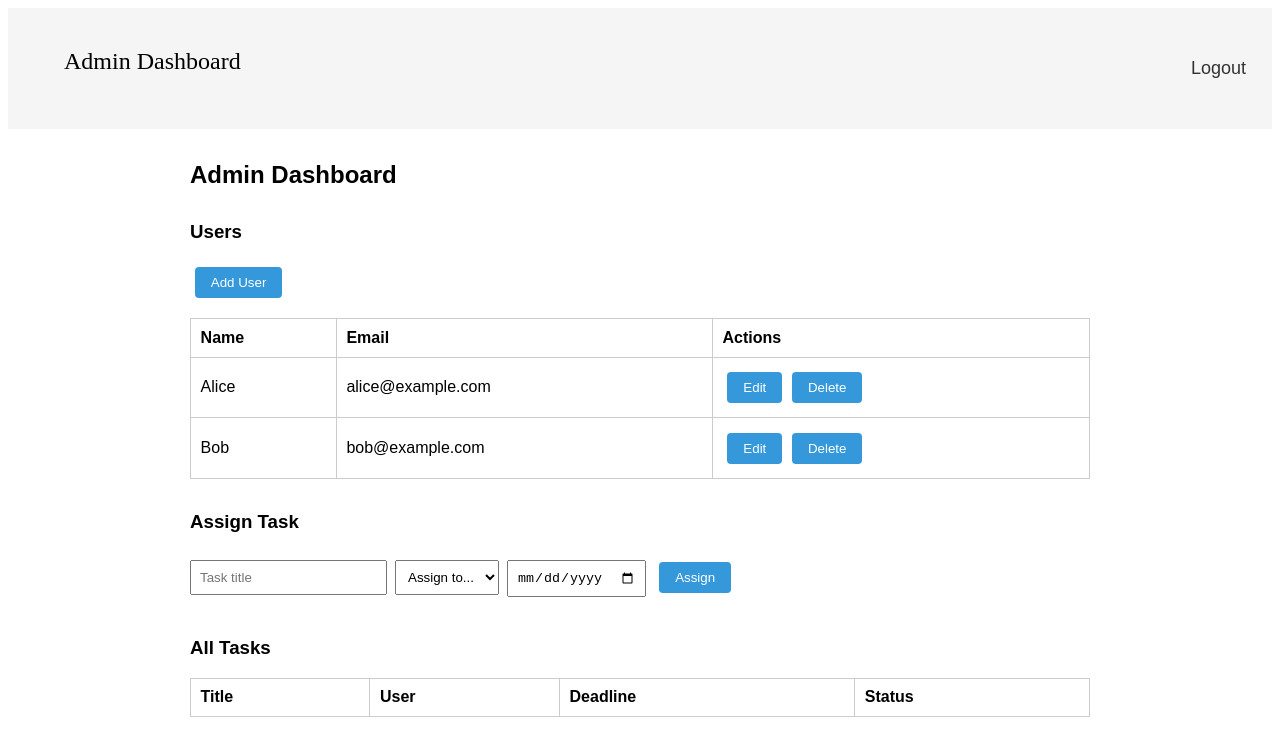
Repository: Edmund-Kiama/todoPHP
Page: /admin (app in task-manager-frontend/)
These files come from the project's save history. The page is drawn as it stood at one moment and after the next save; the edit follows.
The browser window is 1280 px wide. The pictures show the whole page.
The project was rebuilt for these pictures with package versions that can differ from the ones it lists, and the page was loaded fresh each time. Also part of the build but not shown: task-manager-frontend/vite.config.js, task-manager-frontend/src/components/Login/login.css, task-manager-frontend/src/components/Login/Login.vue, task-manager-frontend/src/components/User/UserDashboard.vue.

Above is the page before, as saved 2025-07-12 21:14:31.

### task-manager-frontend/src/App.vue
<script setup>
  import Navbar from './components/Navbar/Navbar.vue';
  import { store } from './store';
</script>

<template>
  <Navbar />
  <router-view />
</template>

### task-manager-frontend/src/router/index.js
import { createRouter, createWebHistory } from 'vue-router';
import Login from '../components/Login/Login.vue';
import AdminDashboard from '../components/Admin/AdminDashboard.vue';
import UserDashboard from '../components/User/UserDashboard.vue';

const routes = [
  { path: '/', name: 'Login', component: Login },
  { path: '/admin', name: 'AdminDashboard', component: AdminDashboard },
  { path: '/user', name: 'UserDashboard', component: UserDashboard }
];

const router = createRouter({
  history: createWebHistory(),
  routes
});

export default router;

### task-manager-frontend/src/components/Navbar/Navbar.vue

<template>
  <nav v-if="store.user.loggedIn" class="navbar">
    <ul>
      <li v-if="user.role === 'admin'">Admin Dashboard</li>
      <li v-if="user.role === 'user'">User Dashboard</li>
      <li><button @click="logout">Logout</button></li>
    </ul>
  </nav>
</template>

<script setup>
  import "./nav.css"
  import { store } from '../../store'
  import { useRouter } from 'vue-router'

  const router = useRouter()

  const user = store.user
  if (!user.loggedIn) router.push('/')

  function logout() {
    store.user.role = null
    store.user.loggedIn = false
    localStorage.removeItem('token')
    router.push('/')
  }
</script>

### task-manager-frontend/src/store.js
import { reactive } from 'vue'

export const store = reactive({
  user: {
    role: "admin",
    loggedIn: true,
    username: null
  },
})

### task-manager-frontend/src/components/Admin/AdminDashboard.vue
<script setup>
  import './admin.css'

  import { ref } from 'vue';

  const users = ref([
    { name: 'Alice', email: 'alice@example.com' },
    { name: 'Bob', email: 'bob@example.com' }
  ]);

  const tasks = ref([]);

  const taskForm = ref({
    title: '',
    user: '',
    deadline: '',
    status: 'Pending'
  });

  const userForm = ref({
    name: '',
    email: ''
  });
  const editingIndex = ref(null);
  const showUserModal = ref(false);

  function assignTask() {
    tasks.value.push({ ...taskForm.value });
    taskForm.value.title = '';
    taskForm.value.user = '';
    taskForm.value.deadline = '';
  }

  function deleteUser(index) {
    users.value.splice(index, 1);
  }

  function openUserForm(user = null, index = null) {
    if (user) {
      userForm.value = { ...user };
      editingIndex.value = index;
    } else {
      userForm.value = { name: '', email: '' };
      editingIndex.value = null;
    }
    showUserModal.value = true;
  }

  function saveUser() {
    if (editingIndex.value !== null) {
      users.value[editingIndex.value] = { ...userForm.value };
    } else {
      users.value.push({ ...userForm.value });
    }
    closeUserForm();
  }

  function closeUserForm() {
    userForm.value = { name: '', email: '' };
    editingIndex.value = null;
    showUserModal.value = false;
  }
</script>
<template>
  <div class="admin-dashboard">
    <h2>Admin Dashboard</h2>

    <!-- Users Section -->
    <section class="section">
      <h3>Users</h3>
      <button @click="openUserForm()">Add User</button>

      <table>
        <tr>
          <th>Name</th><th>Email</th><th>Actions</th>
        </tr>
        <tr v-for="(user, index) in users" :key="index">
          <td>{{ user.name }}</td>
          <td>{{ user.email }}</td>
          <td>
            <button @click="openUserForm(user, index)">Edit</button>
            <button @click="deleteUser(index)">Delete</button>
          </td>
        </tr>
      </table>
    </section>

    <!-- Task Assignment -->
    <section class="section">
      <h3>Assign Task</h3>
      <form @submit.prevent="assignTask">
        <input v-model="taskForm.title" placeholder="Task title" required />
        <select v-model="taskForm.user" required>
          <option disabled value="">Assign to...</option>
          <option v-for="user in users" :key="user.email" :value="user.email">{{ user.name }}</option>
        </select>
        <input type="date" v-model="taskForm.deadline" required />
        <button type="submit">Assign</button>
      </form>
    </section>

    <!-- Task List -->
    <section class="section">
      <h3>All Tasks</h3>
      <table>
        <tr>
          <th>Title</th><th>User</th><th>Deadline</th><th>Status</th>
        </tr>
        <tr v-for="(task, index) in tasks" :key="index">
          <td>{{ task.title }}</td>
          <td>{{ task.user }}</td>
          <td>{{ task.deadline }}</td>
          <td>{{ task.status }}</td>
        </tr>
      </table>
    </section>

    <!-- Add/Edit User -->
    <div v-if="showUserModal" class="modal">
      <div class="modal-content">
        <h3>{{ editingIndex !== null ? 'Edit' : 'Add' }} User</h3>
        <form @submit.prevent="saveUser">
          <input v-model="userForm.name" placeholder="Name" required />
          <input v-model="userForm.email" placeholder="Email" required />
          <button type="submit">Save</button>
          <button type="button" @click="closeUserForm">Cancel</button>
        </form>
      </div>
    </div>
  </div>
</template>

### task-manager-frontend/src/components/Navbar/nav.css
.navbar {
    background: #f5f5f5;
    padding: 1rem;
}
.navbar ul {
    display: flex;
    justify-content: space-between;
    gap: 1rem;
    list-style: none;
    font-size: x-large;
}

.navbar button {
    text-decoration: none;
    background: none;
    border: none;
    padding: 10px;
    border-radius: 5px;
    color: #333;
    font-size: large;
    transition: all;
    transition-duration: 300ms;
    cursor: pointer;
}
.navbar button:hover {
    background-color:  #3498db;
    color: white;
}

### task-manager-frontend/src/components/Admin/admin.css
.admin-dashboard {
  max-width: 900px;
  margin: 2rem auto;
  font-family: Arial, sans-serif;
}

.admin-dashboard .section {
  margin-top: 2rem;
}

.admin-dashboard button {
  margin: 0.3rem;
  padding: 0.5rem 1rem;
  background: #3498db;
  color: white;
  border: none;
  border-radius: 4px;
  cursor: pointer;
}

.admin-dashboard table {
  width: 100%;
  border-collapse: collapse;
  margin-top: 1rem;
}

.admin-dashboard th,.admin-dashboard td {
  border: 1px solid #ccc;
  padding: 0.6rem;
  text-align: left;
}

.admin-dashboard input, .admin-dashboard select {
  padding: 0.5rem;
  margin: 0.5rem 0.5rem 0.5rem 0;
}

.admin-dashboard .modal {
  position: fixed;
  top: 0; left: 0;
  width: 100vw; height: 100vh;
  background: rgba(0,0,0,0.4);
  display: flex;
  justify-content: center;
  align-items: center;
}

.admin-dashboard .modal-content {
  background: white;
  padding: 2rem;
  border-radius: 8px;
  width: 300px;
}

### task-manager-frontend/src/components/User/user.css
.user-dashboard {
    max-width: 800px;
    margin: 2rem auto;
    font-family: Arial, sans-serif;
}

.user-dashboard table {
    width: 100%;
    border-collapse: collapse;
    margin-top: 1rem;
}

.user-dashboard th, td {
    padding: 0.6rem;
    border: 1px solid #ccc;
    text-align: left;
}

.user-dashboard button {
    padding: 0.4rem 0.8rem;
    background: #2ecc71;
    color: white;
    border: none;
    border-radius: 4px;
    cursor: pointer;
}

.user-dashboard button:hover {
    background: #27ae60;
}

Loaded but not shown: task-manager-frontend/index.html (common file); task-manager-frontend/src/main.js (common file)

After the next save:
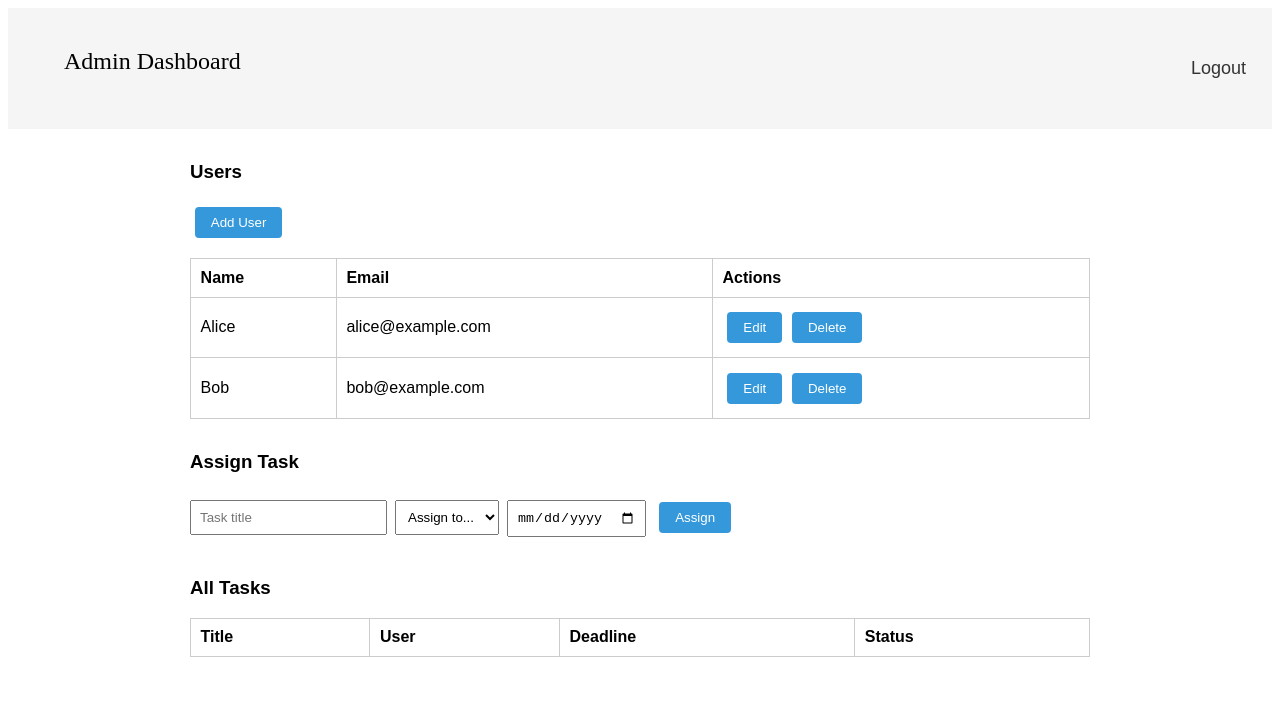
Saved 54 s later.
--- a/task-manager-frontend/src/components/Admin/AdminDashboard.vue
+++ b/task-manager-frontend/src/components/Admin/AdminDashboard.vue
@@ -63,8 +63,6 @@
 </script>
 <template>
   <div class="admin-dashboard">
-    <h2>Admin Dashboard</h2>
-
     <!-- Users Section -->
     <section class="section">
       <h3>Users</h3>
